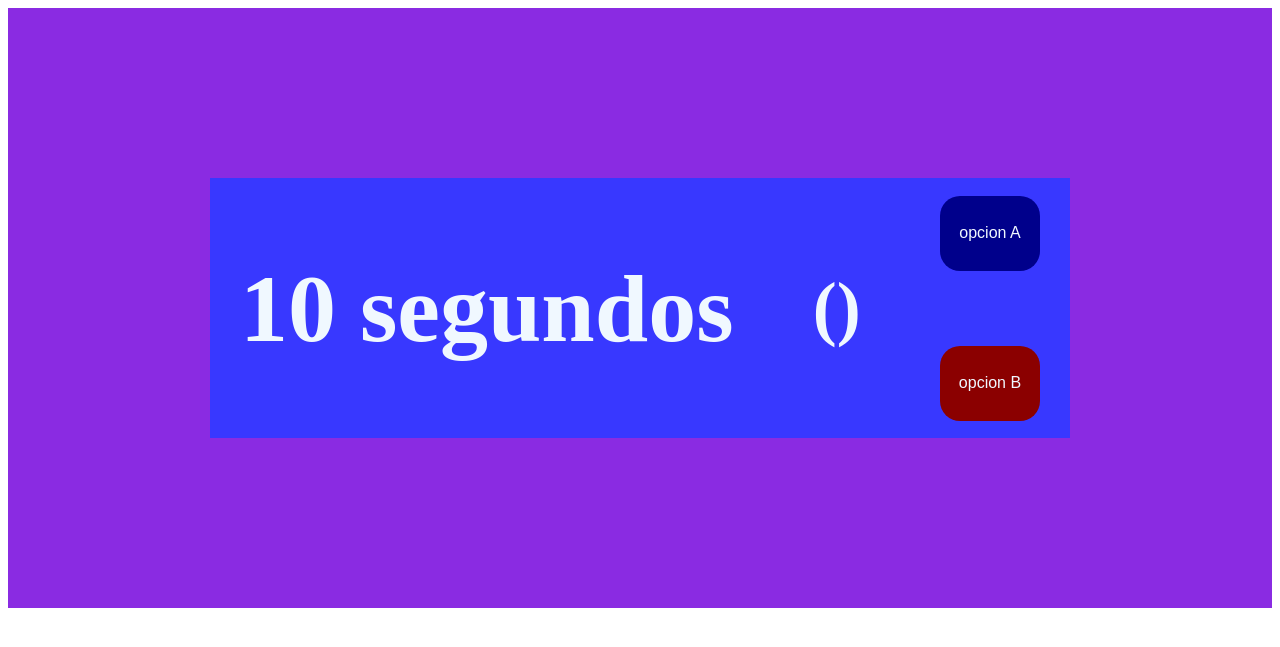
Repository: eschala/Proyecto_Clonaci-n_Kahoot_2023-2
Page: Borrador_Samir_Kahoot_NEW/Prueaba_Validar.html
An editor plug-in stored every save of this project. The page is shown before and after a run of saves, followed by the edit.
The browser window is 1280 px wide. The pictures show the whole page.

Above is the page before, as saved 2023-11-29 13:29:22.

### Borrador_Samir_Kahoot_NEW/Prueaba_Validar.html
<!DOCTYPE html>
<html lang="en">

<head>
    <meta charset="UTF-8">
    <meta name="viewport" content="width=device-width, initial-scale=1.0">
    <title>Document</title>
    <style>

    </style>
    <link rel="stylesheet" href="stylePrueba.css">

</head>

<body>
    <div class="container">

        <div class="sectionContainer">

            <h1 class="tituloClass">
                pregunta
            </h1>
            <h2 class="aviso">
                ()
            </h2>

            <div class="section_Buttons">
                <div class="btn_content"><button type="button" class="btn_1 botones">opcion A</button></div>
                <div class="btn_content"><button type="button" class="btn_2 botones">opcion B</button></div>

            </div>


        </div>

    </div>

    <script src="respuesta_VALIDAR.js"></script>
</body>

</html>

### Borrador_Samir_Kahoot_NEW/stylePrueba.css
.container {

    width: 100%;
    height: 600px;
    background-color: blueviolet;

    display: flex;
    flex-direction: column;

    align-items: center;
    justify-content: center;

}

.sectionContainer {

    height: 200px;
    width: 800px;

    background-color: rgb(56, 56, 255);

    display: flex;
    justify-content: space-between;
    align-items: center;
    color: aliceblue;

    font-size: 3rem;
    padding: 30px;
}

.sub_Container_2 {

    height: 200px;
    width: 800px;

    background-color: red;

    display: flex;

}

.btn_content {
    height: 150px;
    width: 100px;
    display: flex;

    align-items: center;
    justify-content: center;

    cursor: pointer;
}

.btn_1 {
    width: 100%;
    height: 50%;

    background-color:darkblue;
}

.btn_2 {
    width: 100%;
    height: 50%;

    background-color:darkred;
}

.botones:hover{

    opacity: 50%;
    cursor: pointer;
}

.botones{


    color:aliceblue;
    font-size: 1rem;
    cursor: pointer;

    border-radius: 20px;
    border: 0px;
}

### Borrador_Samir_Kahoot_NEW/respuesta_VALIDAR.js
const container_E=document.querySelector(".container");
const sectionContainer_E=document.querySelector(".sectionContainer");
const sub_Container_2_E=document.querySelector(".sub_Container_2");
const btn_1_E=document.querySelector(".btn_1");
const btn_2_E=document.querySelector(".btn_2");
const h2_E=document.querySelector(".aviso");
const tituloClass_E=document.querySelector(".tituloClass");

/* const container_element=".container";
const sectionContainer_element=".sectionContainer";
const sub_Container_2_element=".sub_Container_2";
const btn_1_element=".btn_1";
const btn_2_element=".btn_2";
const h2_element=".aviso";
const tituloClass_element=".tituloClass";

container_element=document.querySelector(container_element);
sectionContainer_element=document.querySelector(sectionContainer_element);
sub_Container_2_element=document.querySelector(sub_Container_2_element);
btn_1_element=document.querySelector(btn_1_element);
btn_2_element=document.querySelector(btn_2_element);
h2_element=document.querySelector(h2_element);
tituloClass_element=document.querySelector(tituloClass_element);
 */
   let contar=0;
let segundos =1;
const intervalo= segundos*1000;



var funcionPrueba=()=>{
    contar++;

    tituloClass_E.innerHTML=contar+ " segundos";

    if(contar==10){
        clearInterval(tiempoFuera);

    }
}


const tiempoFuera = setInterval(funcionPrueba,intervalo);
const timeRunning = setInterval(funcionPrueba,intervalo);

After the next 3 saves:
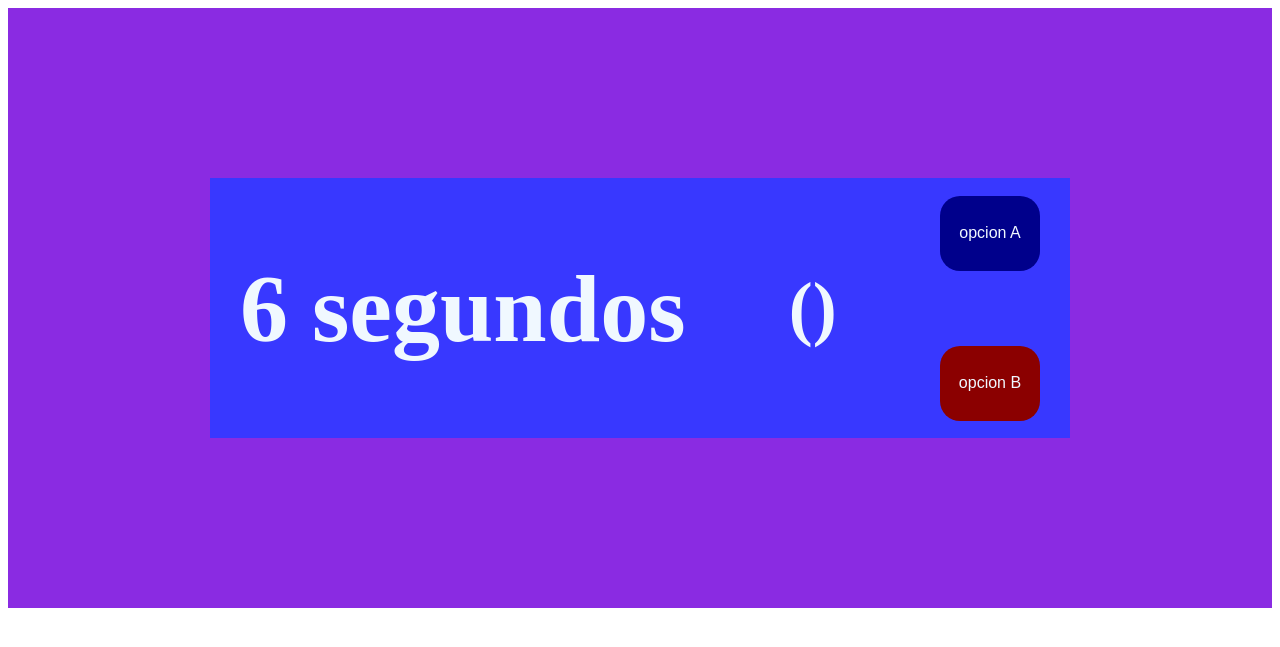
The 3 saves are shown as one change because they came seconds apart.
The last was saved 14 s later.
--- a/Borrador_Samir_Kahoot_NEW/respuesta_VALIDAR.js
+++ b/Borrador_Samir_Kahoot_NEW/respuesta_VALIDAR.js
@@ -40,5 +40,5 @@ var funcionPrueba=()=>{
 }
 
 
-const tiempoFuera = setInterval(funcionPrueba,intervalo);
+const tiempoFuera = setTimeout(funcionPrueba,intervalo);
 const timeRunning = setInterval(funcionPrueba,intervalo);
